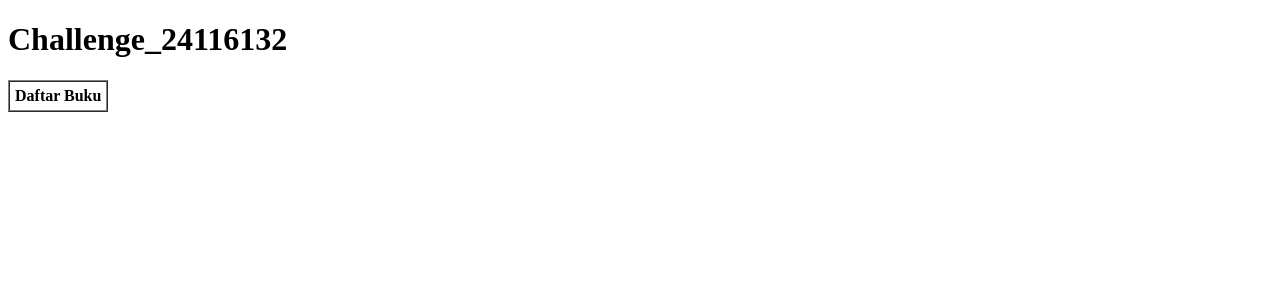
Repository: Abdsrya/Challenge_24116132
Page: Challenge_24116132.html
The author's editor kept a copy of each file at every save. The page is drawn from the files as they stood at one save, then again after the next save.
The browser window is 1280 px wide. The pictures show the whole page.

Above is the page before, as saved 2026-04-20 09:41:21.

### Challenge_24116132.html
<!DOCTYPE html>
<html lang="en">
<head>
    <meta charset="UTF-8">
    <meta name="viewport" content="width=device-width, initial-scale=1.0">
    <title>Challenge_24116132</title>
</head>
<body>
    <h1><b>Challenge_24116132</b></h1>
    <table border="1" cellspacing = "0" cellpadding = "5" >
        <tr background-color="orange">
            <th colspan = "3"> Daftar Buku</th>
            </tr>
            </table>
</body>
</html>

After the next save:
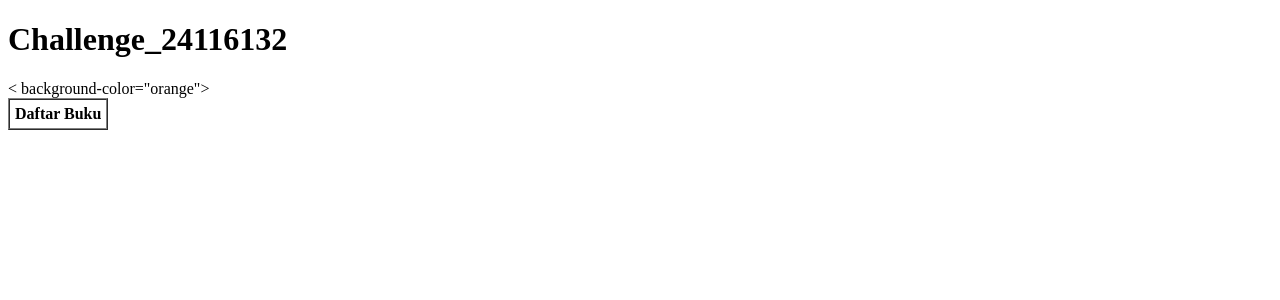
Saved 34 s later.
--- a/Challenge_24116132.html
+++ b/Challenge_24116132.html
@@ -8,9 +8,8 @@
 <body>
     <h1><b>Challenge_24116132</b></h1>
     <table border="1" cellspacing = "0" cellpadding = "5" >
-        <tr background-color="orange">
+        < background-color="orange">
             <th colspan = "3"> Daftar Buku</th>
-            </tr>
             </table>
 </body>
 </html>

After the save that followed:
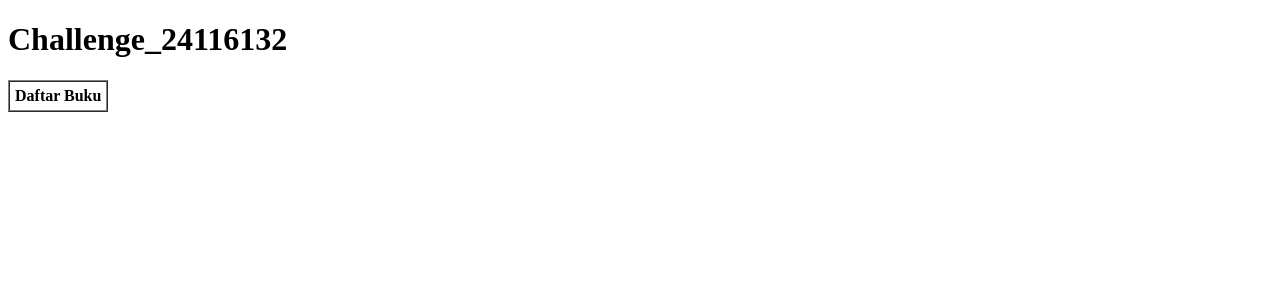
Saved 10 s later.
--- a/Challenge_24116132.html
+++ b/Challenge_24116132.html
@@ -8,8 +8,9 @@
 <body>
     <h1><b>Challenge_24116132</b></h1>
     <table border="1" cellspacing = "0" cellpadding = "5" >
-        < background-color="orange">
+        <tr background-color="orange">
             <th colspan = "3"> Daftar Buku</th>
+            </tr
             </table>
 </body>
 </html>
